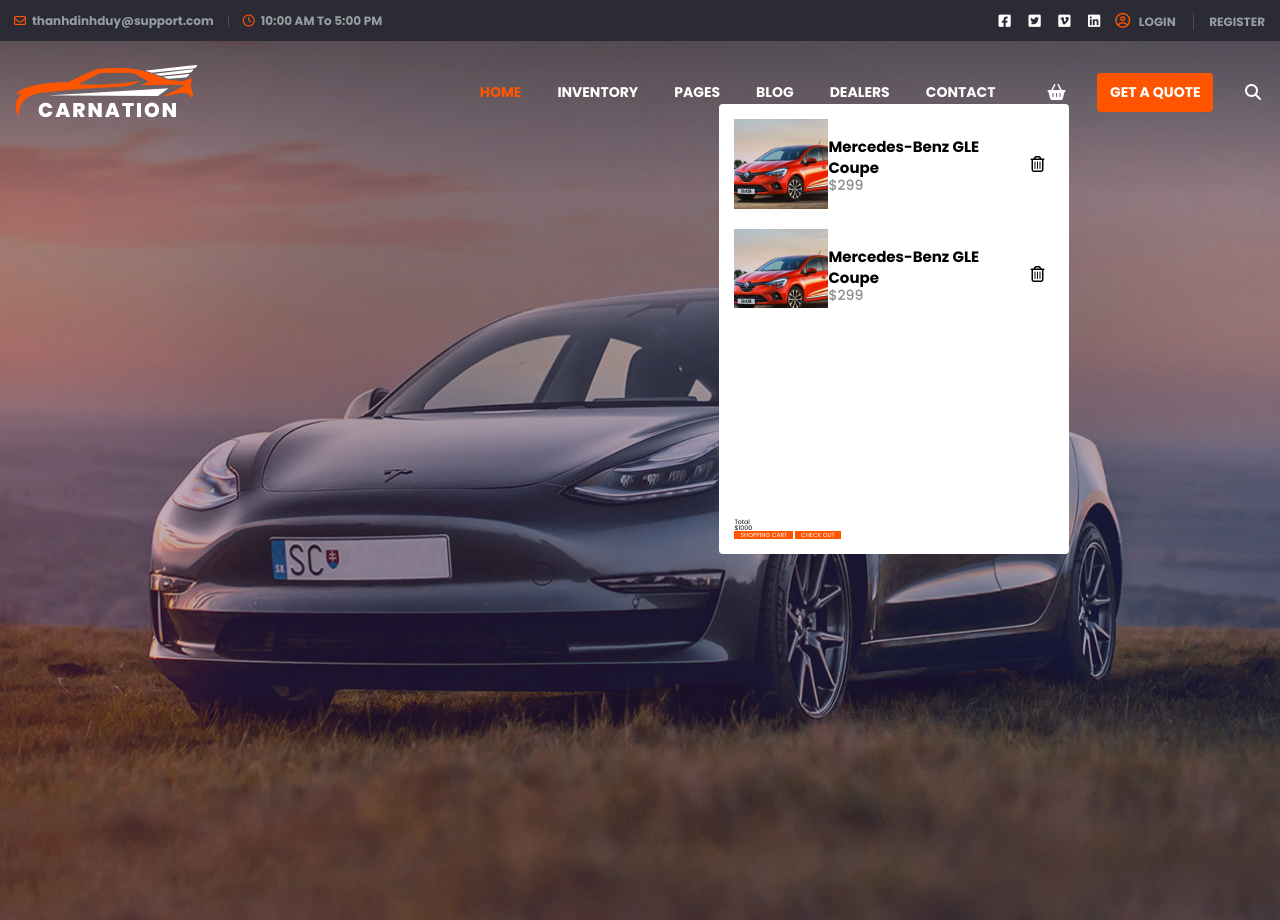
Repository: thanhdinh01/shopcar
Page: index.html
An editor plug-in stored every save of this project. The page is shown before and after the next save, followed by the edit.
The browser window is 1280 px wide. The pictures show the whole page.
Some web libraries are served in a nearby version. The style sheet was rebuilt from its Sass, Less or Tailwind sources for each picture, by a compiler version that may differ from the author's.

Above is the page before, as saved 2022-08-10 20:46:20.

### index.html
<!DOCTYPE html>
<html lang="en">
  <head>
    <meta charset="UTF-8" />
    <meta http-equiv="X-UA-Compatible" content="IE=edge" />
    <meta name="viewport" content="width=device-width, initial-scale=1.0" />
    <title>Increase follower on social media</title>
    <link
      rel="stylesheet"
      href="https://cdnjs.cloudflare.com/ajax/libs/font-awesome/6.1.2/css/all.min.css"
      integrity="sha512-1sCRPdkRXhBV2PBLUdRb4tMg1w2YPf37qatUFeS7zlBy7jJI8Lf4VHwWfZZfpXtYSLy85pkm9GaYVYMfw5BC1A=="
      crossorigin="anonymous"
      referrerpolicy="no-referrer"
    />
    <link
      href="https://fonts.googleapis.com/css2?family=Poppins:wght@300;400;500;600;700&display=swap"
      rel="stylesheet"
    />
    <link rel="stylesheet" href="./css/reset.css" />
    <link rel="stylesheet" href="./css/style.css" />
  </head>

  <body>
    <div class="main">
      <!-- HEADER -->
      <header class="header">
        <div class="header-top">
          <div class="container">
            <div class="header-top-container dflex">
              <ul class="header-top-left">
                <li>
                  <i class="fa-regular fa-envelope"></i>
                  <p>thanhdinhduy@support.com</p>
                </li>
                <li>
                  <i class="fa-regular fa-clock"></i>
                  <p>10:00 AM To 5:00 PM</p>
                </li>
              </ul>
              <ul class="header-top-right">
                <li class="header-contact">
                  <a href="#"><i class="fa-brands fa-square-facebook"></i></a>
                  <a href="#"><i class="fa-brands fa-square-twitter"></i></a>
                  <a href="#"><i class="fa-brands fa-square-vimeo"></i></a>
                  <a href="#"><i class="fa-brands fa-linkedin"></i></a>
                </li>
                <li class="header-login">
                  <a href="#" class="login">
                    <i class="fa-regular fa-circle-user"></i> LOGIN
                  </a>
                  <a href="#" class="logup"> REGISTER </a>
                </li>
              </ul>
            </div>
          </div>
        </div>
        <div class="header-navigation">
          <div class="container p15 dflex">
            <div class="nav-logo">
              <a href="#" class="logo-link">
                <img src="./images/header/logo.png" alt="logo" />
              </a>
            </div>
            <div class="nav-total dflex">
              <ul class="nav-list dflex">
                <li class="nav-item active">
                  <a href="#">HOME</a>
                </li>
                <li class="nav-item">
                  <a href="#">INVENTORY </a>
                  <ul class="sub-list">
                    <li class="sub-item">
                      <a href="#">Inventory List</a>
                    </li>
                    <li class="sub-item">
                      <a href="#">Inventory Details</a>
                    </li>
                  </ul>
                </li>
                <li class="nav-item">
                  <a href="#">PAGES</a>
                  <ul class="sub-list">
                    <li class="sub-item">
                      <a href="#">About us</a>
                    </li>
                    <li class="sub-item">
                      <a href="#">Loan Calculator</a>
                    </li>
                    <li class="sub-item">
                      <a href="#">Login Page</a>
                    </li>
                  </ul>
                </li>
                <li class="nav-item">
                  <a href="#">BLOG</a>
                  <ul class="sub-list">
                    <li class="sub-item">
                      <a href="#">Our Blog</a>
                    </li>
                    <li class="sub-item">
                      <a href="#">Blog Details</a>
                    </li>
                  </ul>
                </li>
                <li class="nav-item">
                  <a href="#">DEALERS</a>
                </li>
                <li class="nav-item">
                  <a href="#">CONTACT</a>
                </li>
              </ul>
              <ul class="nav-interact dflex">
                <li class="cart">
                  <a href="#" class="cart-link">
                    <i class="fa-solid fa-basket-shopping"></i>
                  </a>
                  <div class="cart-wrap">
                    <div class="cart-top">
                      <div class="cart-item">
                        <a href="#" class="product-img">
                          <img
                            src="./images/latest-car/t_released_cars_thumb01.jpg"
                            alt=""
                          />
                        </a>
                        <div class="product-desc">
                          <a href="#" class="product-title"
                            >Mercedes-Benz GLE Coupe</a
                          >
                          <span class="product-price">$299</span>
                        </div>
                        <div class="delete-item">
                          <i class="fa-regular fa-trash-can"></i>
                        </div>
                      </div>
                      <div class="cart-item">
                        <a href="#" class="product-img">
                          <img
                            src="./images/latest-car/t_released_cars_thumb01.jpg"
                            alt=""
                          />
                        </a>
                        <div class="product-desc">
                          <a href="#" class="product-title">
                            Mercedes-Benz GLE Coupe
                          </a>
                          <span class="product-price">$299</span>
                        </div>
                        <div class="delete-item">
                          <i class="fa-regular fa-trash-can"></i>
                        </div>
                      </div>
                      <div class="cart-item">
                        <a href="#" class="product-img">
                          <img
                            src="./images/latest-car/t_released_cars_thumb01.jpg"
                            alt=""
                          />
                        </a>
                        <div class="product-desc">
                          <a href="#" class="product-title"
                            >Mercedes-Benz GLE Coupe</a
                          >
                          <span class="product-price">$299</span>
                        </div>
                        <div class="delete-item">
                          <i class="fa-regular fa-trash-can"></i>
                        </div>
                      </div>
                      <div class="cart-item">
                        <a href="#" class="product-img">
                          <img
                            src="./images/latest-car/t_released_cars_thumb01.jpg"
                            alt=""
                          />
                        </a>
                        <div class="product-desc">
                          <a href="#" class="product-title"
                            >Mercedes-Benz GLE Coupe</a
                          >
                          <span class="product-price">$299</span>
                        </div>
                        <div class="delete-item">
                          <i class="fa-regular fa-trash-can"></i>
                        </div>
                      </div>
                    </div>
                    <div class="cart-bottom">
                      <div class="cart-bottom-price">
                        <p>Total</p>
                        <span>$1000</span>
                      </div>
                      <div class="cart-bottom-buying">
                        <button class="button buy-now">SHOPPING CART</button>
                        <button class="button check-out">CHECK OUT</button>
                      </div>
                    </div>
                  </div>
                </li>
                <li class="quote">
                  <button class="button">GET A QUOTE</button>
                </li>
                <li class="search">
                  <i class="fa-solid fa-magnifying-glass"></i>
                </li>
              </ul>
            </div>
          </div>
        </div>
        <div class="header-main"></div>
        <div class="header-selection"></div>
      </header>
    </div>
  </body>
</html>

### css/style.scss
@import "reset";
@import "variables";
@import "global";
@import "header";

### css/_variables.scss
$primaryColor: #ff5400;
$blackColor: #000;
$whiteColor: #fff;
$textColor: #9c9c9c;

### css/_global.scss
body,
*,
html {
    font-family: 'Poppins', sans-serif;
    font-size: 62.5%;
    box-sizing: border-box;
}

.container {
    max-width: 1440px;
    margin: 0 auto;
}

.dflex {
    display: flex;
    justify-content: space-between;
    align-items: center;
}

.button {
    outline: none;
    border: none;
    color: $whiteColor;
    background-color: $primaryColor;
    line-height: 1;
}

.p15 {
    padding: 0 15px;
}

### css/_header.scss
.header {
  background: url("../images/header/banner_bg02.jpg") center/ cover no-repeat;
  height: 920px;
  .header-top {
    max-width: 100%;
    height: 41px;
    background-color: #2b2b35;
    color: #979da0;
    font-size: 1.2rem;
    font-weight: 700;
    &-container,
    .container {
      height: 100%;
    }
    &-left {
      display: flex;
      li:first-child {
        border-right: 1px solid #4f4f4f;
      }
      li {
        display: flex;
        align-items: center;
        padding: 0 14px;
        i {
          color: $primaryColor;
          margin-right: 6px;
        }
      }
    }
    &-right {
      display: flex;
      align-items: center;
      .header-contact {
        a {
          color: $whiteColor;
          margin-left: 15px;
          font-size: 1.4rem;
          text-decoration: none;
          i {
            display: inline-block;
          }
          &:hover {
            color: $primaryColor;
          }
        }
      }
      .header-login {
        a {
          text-decoration: none;
          color: #979da0;
          padding: 0 15px;
          font-size: 12px;
          &:first-child {
            padding-right: 15px;
            border-right: 1px solid #4f4f4f;
            i {
              color: $primaryColor;
              margin-right: 6px;
              font-size: 1.5rem;
            }
          }
          &:hover {
            color: $primaryColor;
          }
        }
      }
    }
  }
  .header-navigation {
    padding-top: 24px;
    position: relative;
    &::after {
      content: "";
      position: absolute;
      left: 0;
      top: 0;
      width: 100%;
      height: 156px;
      background: linear-gradient(to bottom, #151515, transparent);
      opacity: 0.47;
    }
    .nav-logo,
    .nav-total {
      z-index: 1;
    }
    .nav-list {
      margin-right: 30px;
      .nav-item.active {
        a {
          color: $primaryColor;
        }
      }
      .nav-item {
        position: relative;
        a {
          padding: 20px 18px;
          display: inline-block;
          text-decoration: none;
          font-size: 14px;
          font-weight: 700;
          color: $whiteColor;
          &:hover {
            color: $primaryColor;
          }
        }
        &:hover .sub-list {
          opacity: 1;
          visibility: visible;
          transform: scale(1);
        }
        .sub-list {
          position: absolute;
          top: 100%;
          left: 0;
          width: 200px;
          padding: 15px 0;
          background-color: $whiteColor;
          box-shadow: 0px 30px 70px 0px rgb(137 139 142 / 15%);
          transform: scale(1, 0);
          transform-origin: 0 0;
          opacity: 0;
          visibility: hidden;
          transition: all 0.3s ease-in-out;
          .sub-item a {
            color: $blackColor;
            display: block;
            padding: 16px 18px;
            &:hover {
              color: $primaryColor;
            }
          }
        }
      }
    }
    .nav-interact {
      gap: 0 28px;
      .cart {
        position: relative;
        .cart-link {
          display: block;
          padding: 4px;
          i {
            font-size: 1.6rem;
            color: $whiteColor;
          }
        }
        .cart-wrap {
          position: absolute;
          right: 0;
          top: 100%;
          height: 450px;
          width: 350px;
          padding: 15px;
          display: flex;
          flex-direction: column;
          justify-content: space-between;
          background-color: $whiteColor;
          border-radius: 4px;
          .cart-top {
            max-height: 45%;
            width: 100%;
            overflow: auto;
            flex: 1;
            .cart-item {
              display: flex;
              align-items: center;
              // gap: 0 20px;
              margin-bottom: 20px;
              .product-img {
                width: 100px;
                height: 90px;
                display: block;
                img {
                  width: 100%;
                  height: 100%;
                  object-fit: cover;
                  display: block;
                }
              }
              .product-desc {
                display: flex;
                flex-direction: column;
                height: 100%;
                .product-title {
                  font-size: 1.5rem;
                  font-weight: 700;
                  text-decoration: none;
                  color: $blackColor;
                  line-height: 1.4;
                  // flex-shrink: 1;
                }
                .product-price {
                  color: #8b8b8b;
                  font-size: 1.4rem;
                  font-weight: 500;
                  margin-top: auto;
                  // flex: 1;
                }
              }
              .delete-item {
                font-size: 1.6rem;
                padding: 10px;
              }
            }
          }
        }
      }
      .quote {
        button {
          color: $whiteColor;
          font-size: 1.4rem;
          font-weight: 700;
          padding: 12.5px;
          border-radius: 4px;
          min-width: 44px;
          cursor: pointer;
          transition: all 0.3s ease;
          &:hover {
            background-color: $blackColor;
          }
        }
      }
      .search {
        i {
          display: block;
          font-size: 1.6rem;
          padding: 4px;
          color: $whiteColor;
          cursor: pointer;
        }
      }
    }
  }
}

Loaded but not shown: css/reset.css (common file); css/_reset.scss (common file)

After the next save:
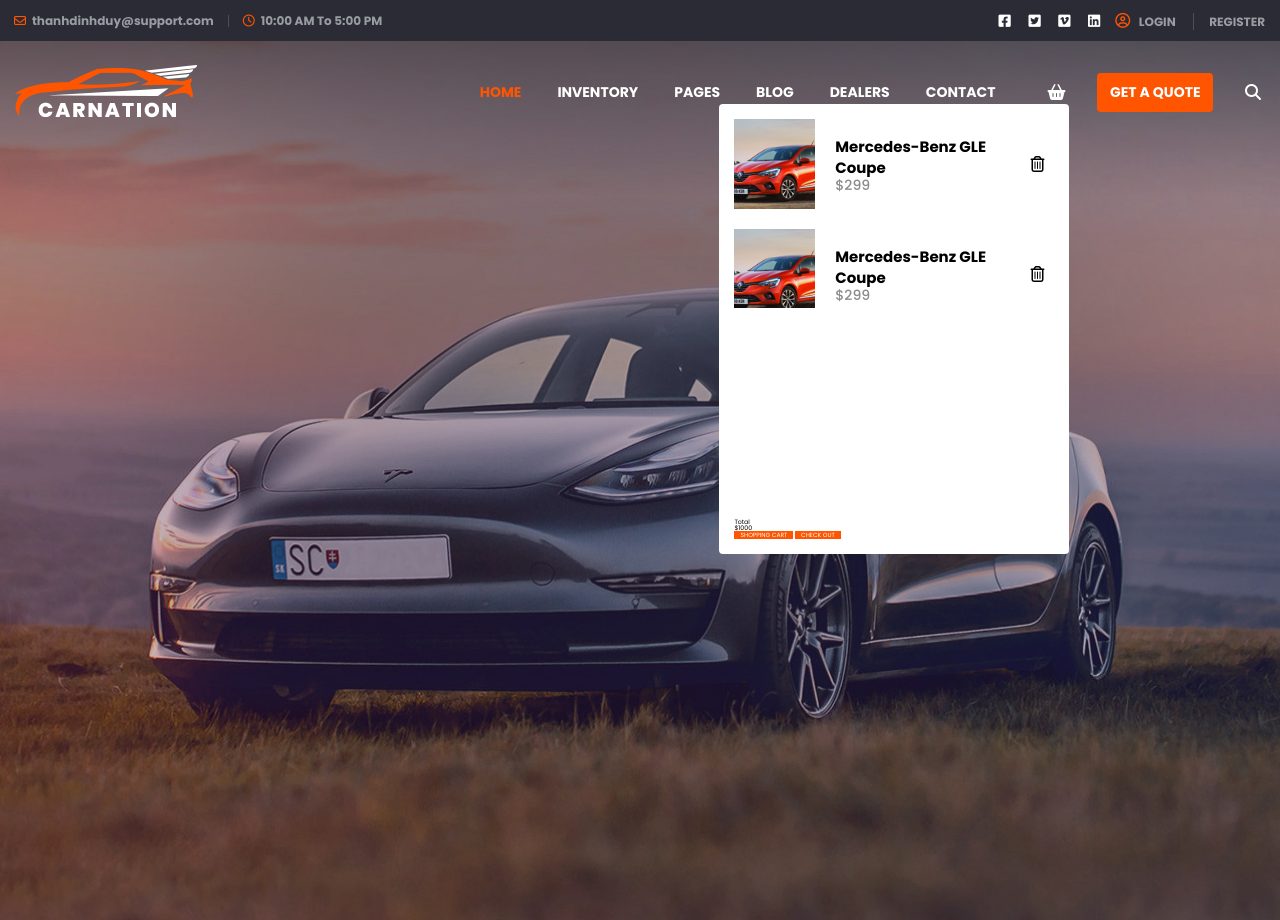
Saved 31 s later.
--- a/css/_header.scss
+++ b/css/_header.scss
@@ -164,7 +164,7 @@
             .cart-item {
               display: flex;
               align-items: center;
-              // gap: 0 20px;
+              gap: 0 20px;
               margin-bottom: 20px;
               .product-img {
                 width: 100px;
